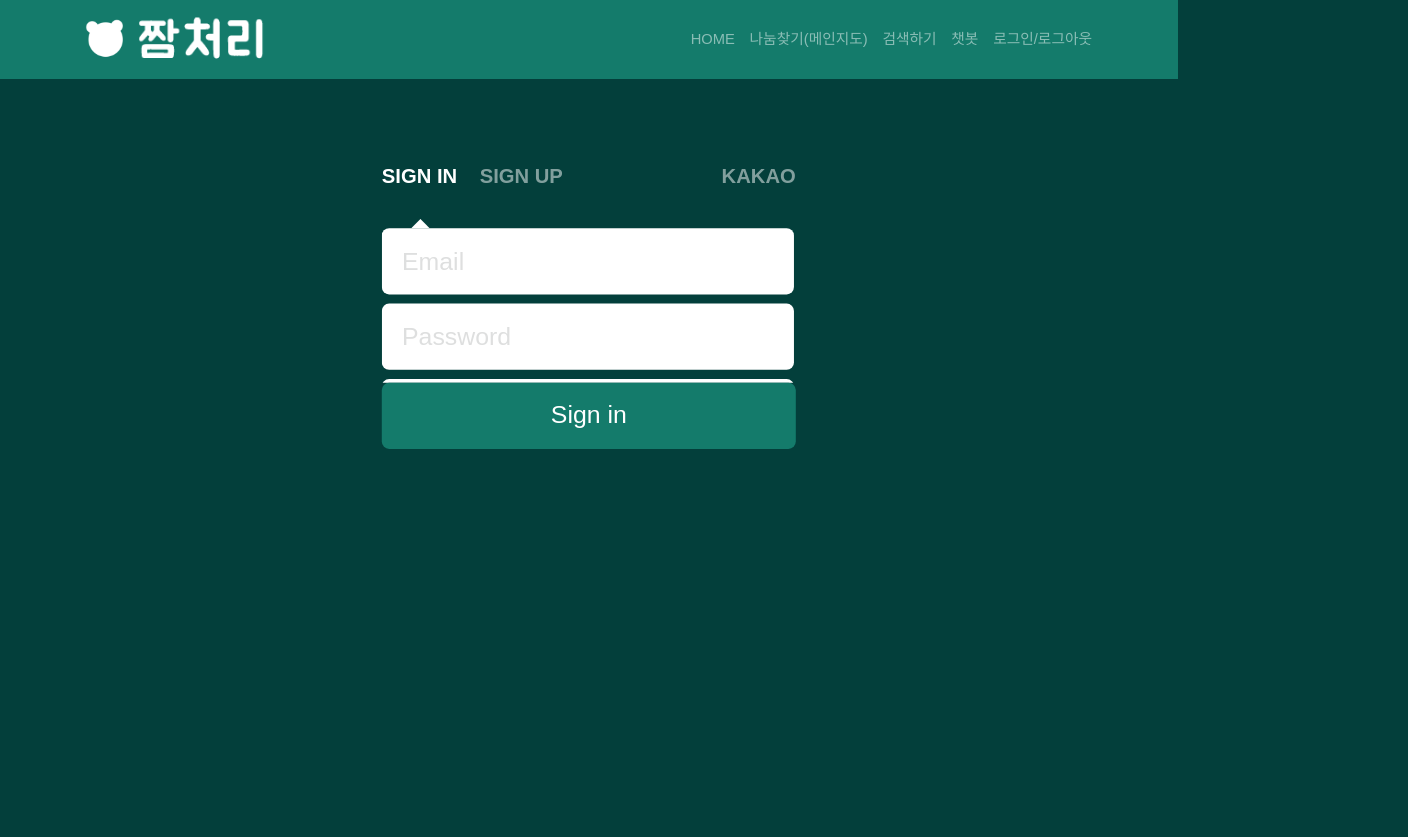
Repository: navang/JJAM_project
Page: http://localhost/jjam/WEB-INF/views/customerLogin.jsp
These files come from the project's save history. The page is drawn as it stood at one moment and after the next save; the edit follows.
The browser window is 1280 px wide. The page is 1530 px wide, so the pictures cover 1530 px, including what lies to the right of the window. The pictures show the whole page, at 92% of full size.
Some web fonts or font styles are not loaded; a fallback is used. Some web libraries are served in a nearby version. The page is served by Tomcat 9. Nobody is signed in. The template is opened directly, without the code that normally fills it, so the values that code supplies are empty.

Above is the page before, as saved 2019-07-15 06:48:29.

After the next save:
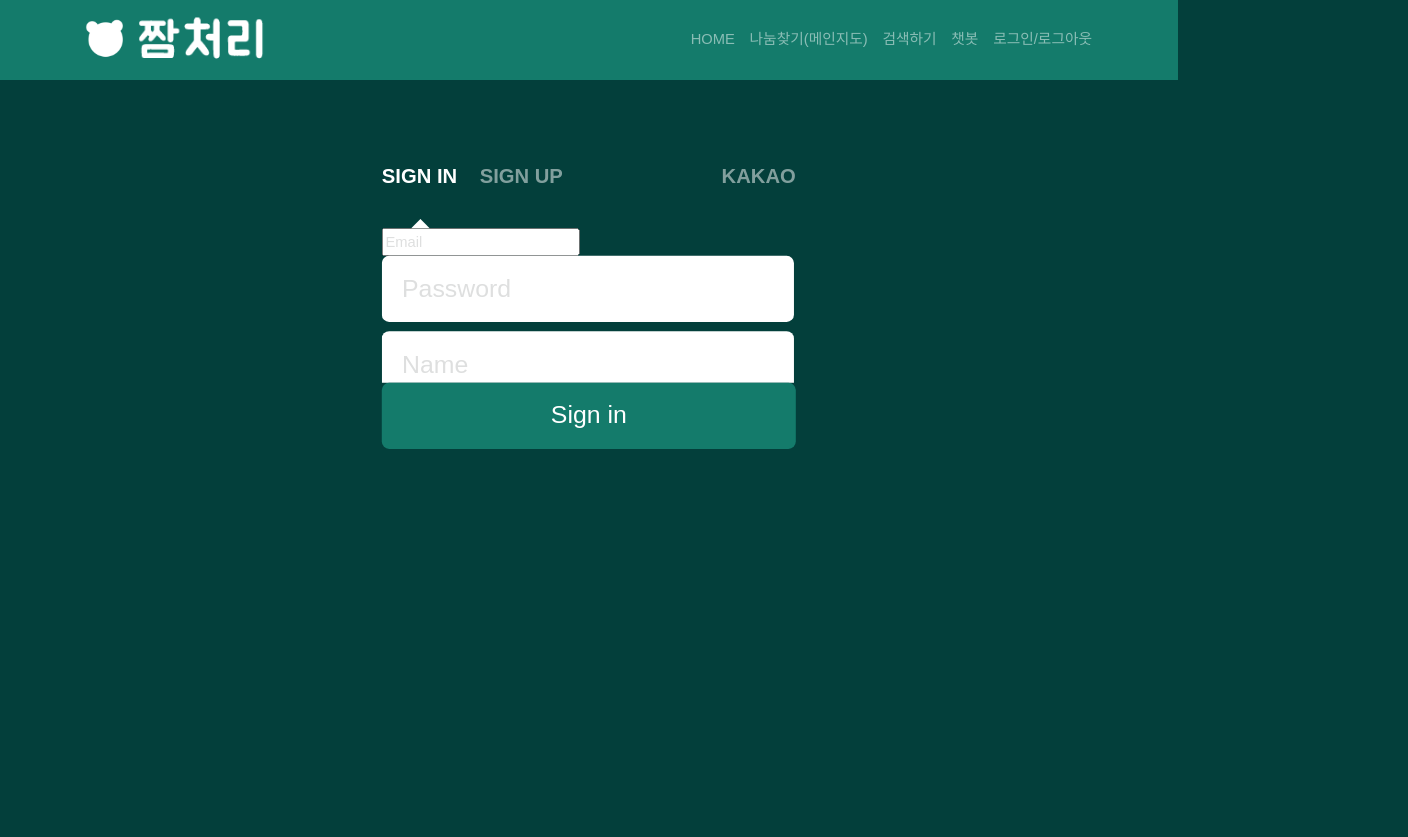
Saved 2 min 30 s later.
--- a/jjam/src/main/webapp/WEB-INF/views/customerLogin.jsp
+++ b/jjam/src/main/webapp/WEB-INF/views/customerLogin.jsp
@@ -101,11 +101,10 @@
 
                     <div id="wrapper">
                       <div id="arrow"></div>
-                      <input id="email" placeholder="Email" type="text"></input>
+                      <input id="email" placeholder="Email" type="email"></input>
                       <input id="c_pw" placeholder="Password" type="password"></input>
-                      <input id="c_tel" placeholder="Repeat password" type="password"></input>
-                      <input id="c_tel" placeholder="Repeat password" type="password"></input>
-                      <input id="c_tel" placeholder="Repeat password" type="password"></input>
+                      <input id="c_name" placeholder="Name" type="text"></input>
+                      <input id="c_tel" placeholder="Tel_Number" type="text"></input>
 
                     </div>
                     <!---- SUBMIT BUTTON ----->
@@ -113,8 +112,7 @@
                       <span>
                         KAKAO LOGIN<br/>
                         Sign in<br/>
-                       	????<br/>
-                        Sign up
+                       	Sign in
                       </span>
                     </button>
                   </form>

After the save that followed:
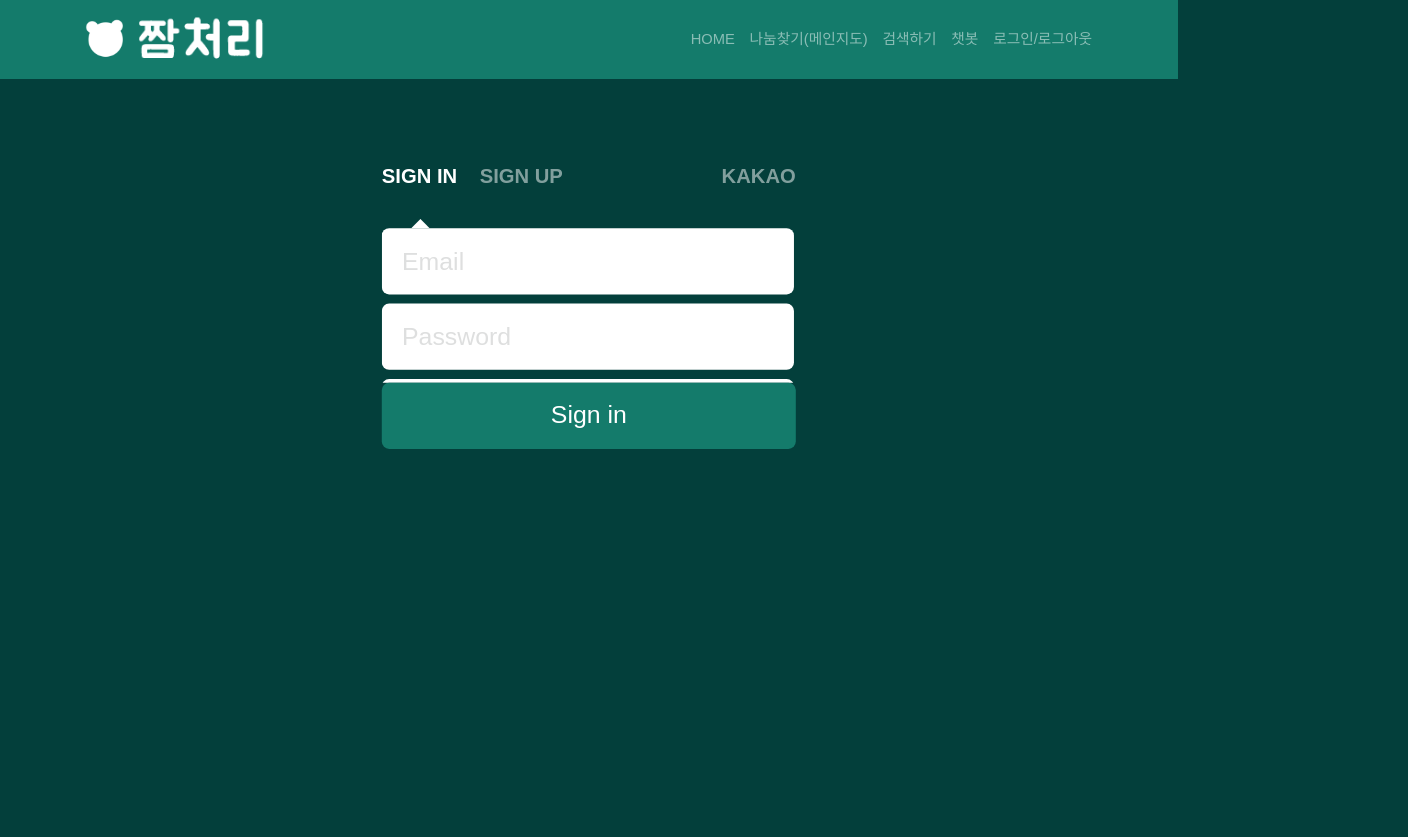
Saved 69 s later.
--- a/jjam/src/main/webapp/WEB-INF/views/customerLogin.jsp
+++ b/jjam/src/main/webapp/WEB-INF/views/customerLogin.jsp
@@ -101,9 +101,10 @@
 
                     <div id="wrapper">
                       <div id="arrow"></div>
-                      <input id="email" placeholder="Email" type="email"></input>
+                      <input id="email" placeholder="Email" type="text"></input>
                       <input id="c_pw" placeholder="Password" type="password"></input>
                       <input id="c_name" placeholder="Name" type="text"></input>
+                      <input id="c_tel" placeholder="Tel_Number" type="text"></input>
                       <input id="c_tel" placeholder="Tel_Number" type="text"></input>
 
                     </div>
